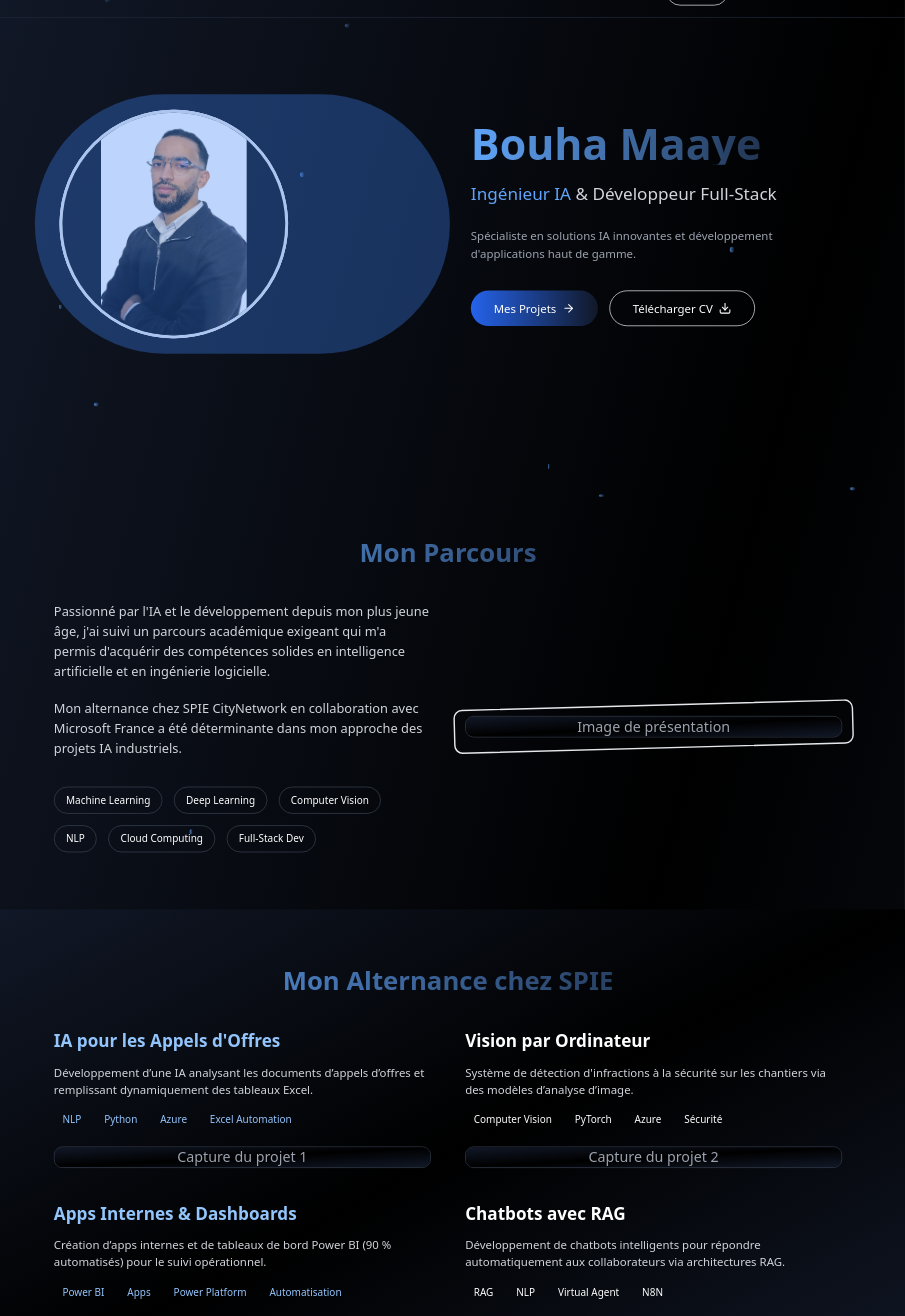
Repository: BouhaMaaye/portfolio
Page: /
An editor plug-in stored every save of this project. The page is shown before and after the next save, followed by the edit.
The browser window is 1280 px wide. The page is 1293 px wide, so the pictures cover 1293 px, including what lies to the right of the window. The pictures show the part of the page from y = 0 to 1880 px (the page is 4764 px tall before and 4075 px after), at 70% of full size.
The project was rebuilt for these pictures with package versions that can differ from the ones it lists, and the page was loaded fresh each time.

Above is the page before, as saved 2025-05-05 12:22:39.

After the next save:
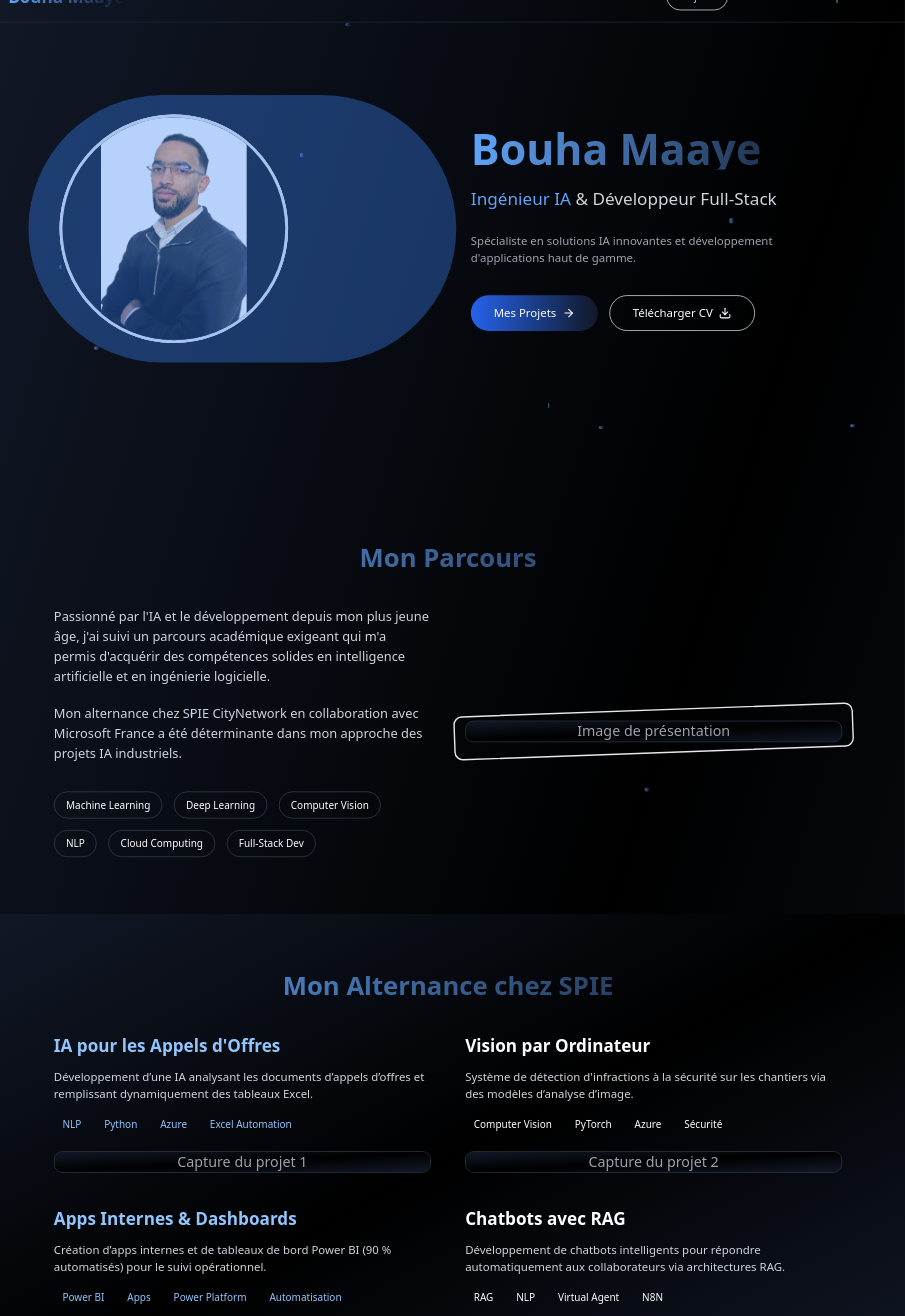
Saved 2 min 57 s later.
--- a/src/App.js
+++ b/src/App.js
@@ -587,7 +587,7 @@ const projects = [
     description: "Assistant médical intelligent basé sur RAG pour diagnostiquer et orienter les patients selon la gravité de leurs symptômes.",
     tags: ["NLP", "RAG", "Santé", "Vainqueur Datathon"],
     link: "#",
-    image: Medease
+    images: [Medease, Medease1]
 
   },
   {
